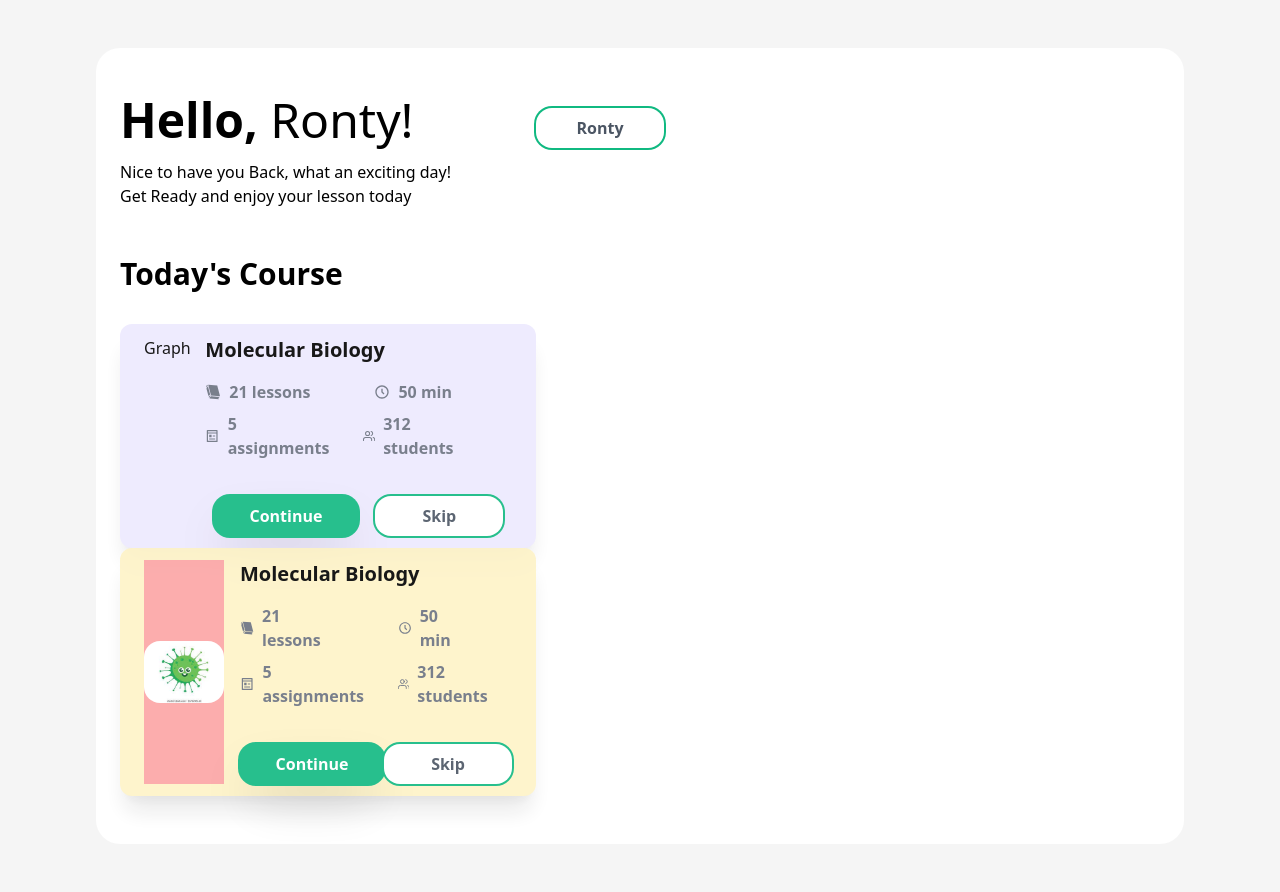
Repository: coolronts/Vite-Tailwind
Page: /
The author's editor kept a copy of each file at every save. The page is drawn from the files as they stood at one save, then again after the next save.
The browser window is 1280 px wide. The pictures show the whole page.
The project was rebuilt for these pictures with package versions that can differ from the ones it lists, and the page was loaded fresh each time. Also part of the build but not shown: vite.config.js.

Above is the page before, as saved 2021-11-26 13:52:33.

After the next save:
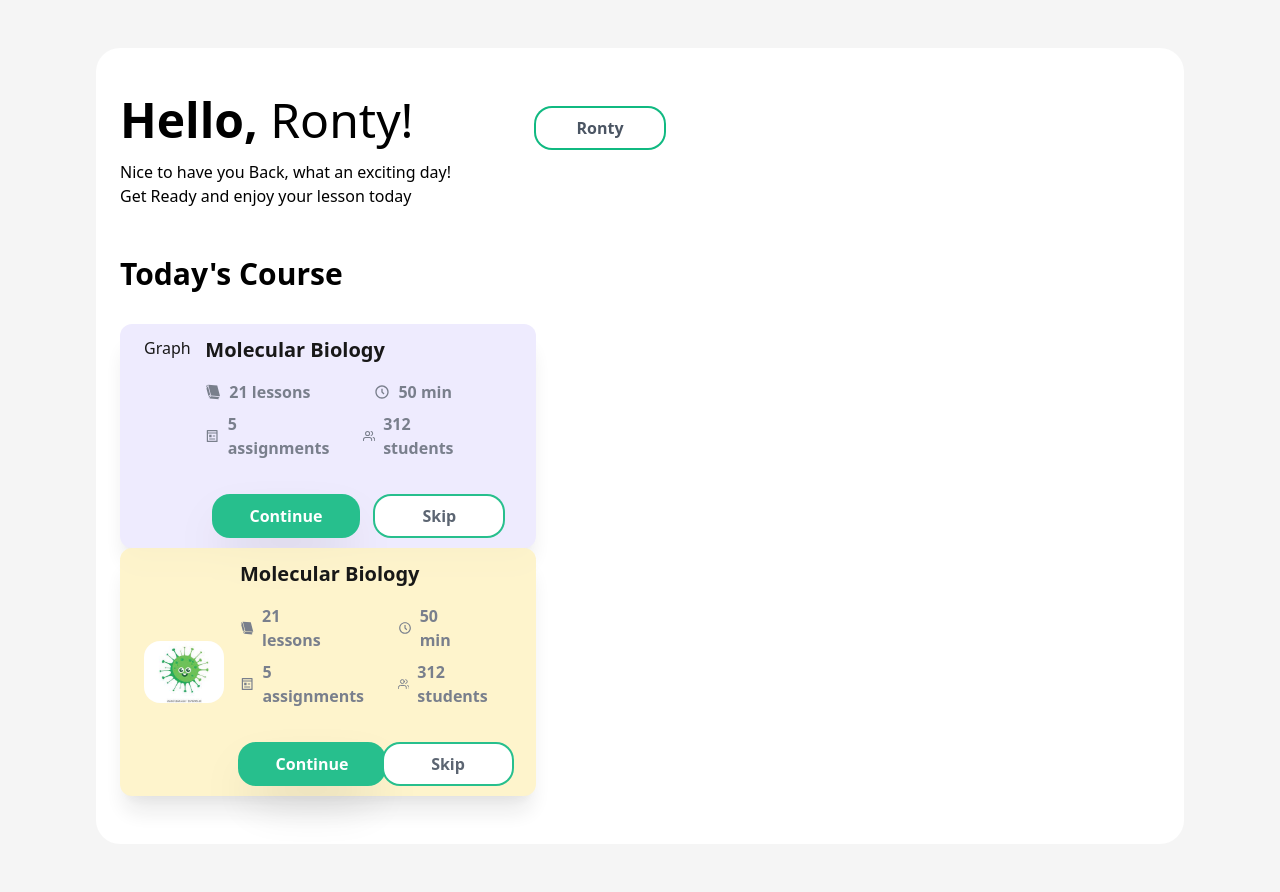
Saved 9 s later.
--- a/src/Section/Class/index.jsx
+++ b/src/Section/Class/index.jsx
@@ -16,7 +16,7 @@ export default function Class({
 }) {
   return (
     <SplitScreen leftWeight = 'w-1/3 mr-4' rightWeight = 'w-full'>
-      <div id="left" className="flex flex-col justify-center h-full bg-red-300">
+      <div id="left" className="flex flex-col justify-center h-full ">
         <img className="rounded-2xl" src="data:[embedded picture, 7543 characters]" alt=""/>
       </div>
       <div id="right">
